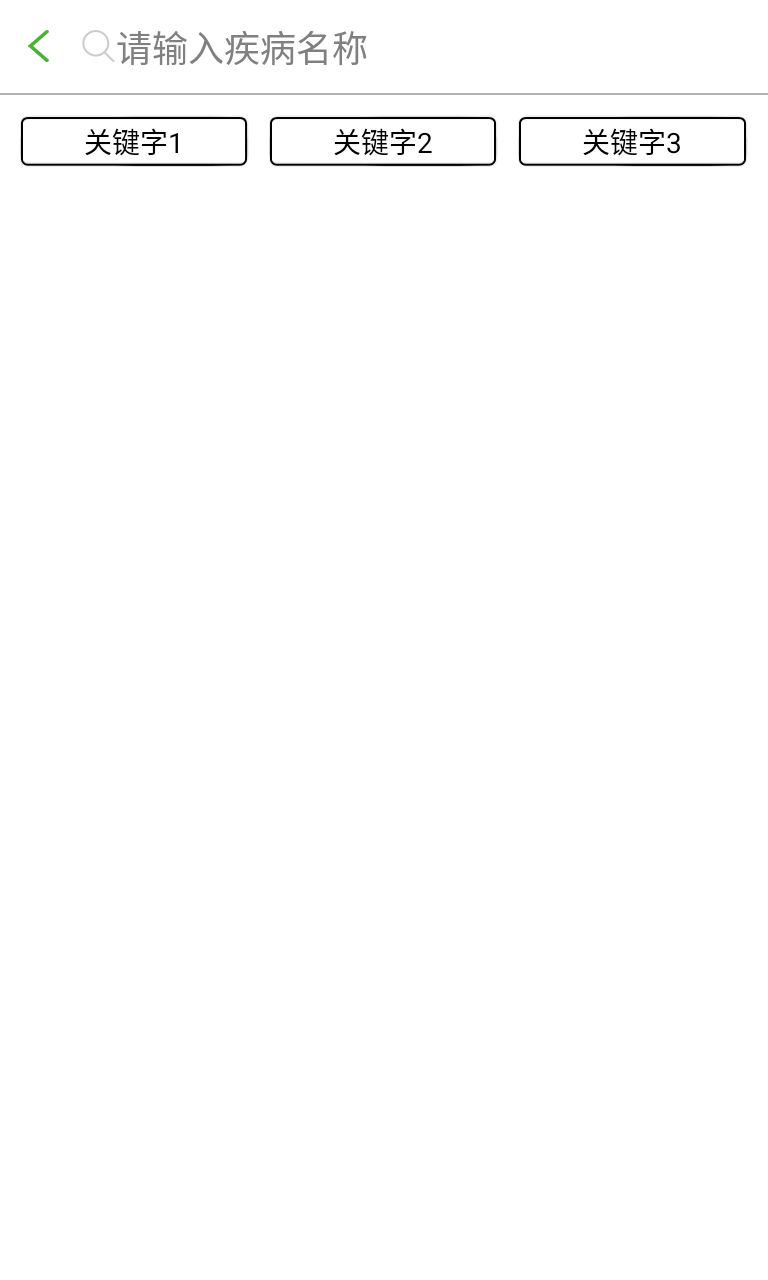
Repository: hjhlove110/XYApp
Layout: XYApp/res/layout/serache_view.xml
The author's editor kept a copy of each file at every save. The layout is drawn from the files as they stood at one save, then again after the next save.
It is drawn on a 768 x 1280 px phone screen (xhdpi) without system bars, with theme Translucent; the app's code is not run.

Above is the layout before, as saved 2015-09-23 05:42:20.

After the next save:
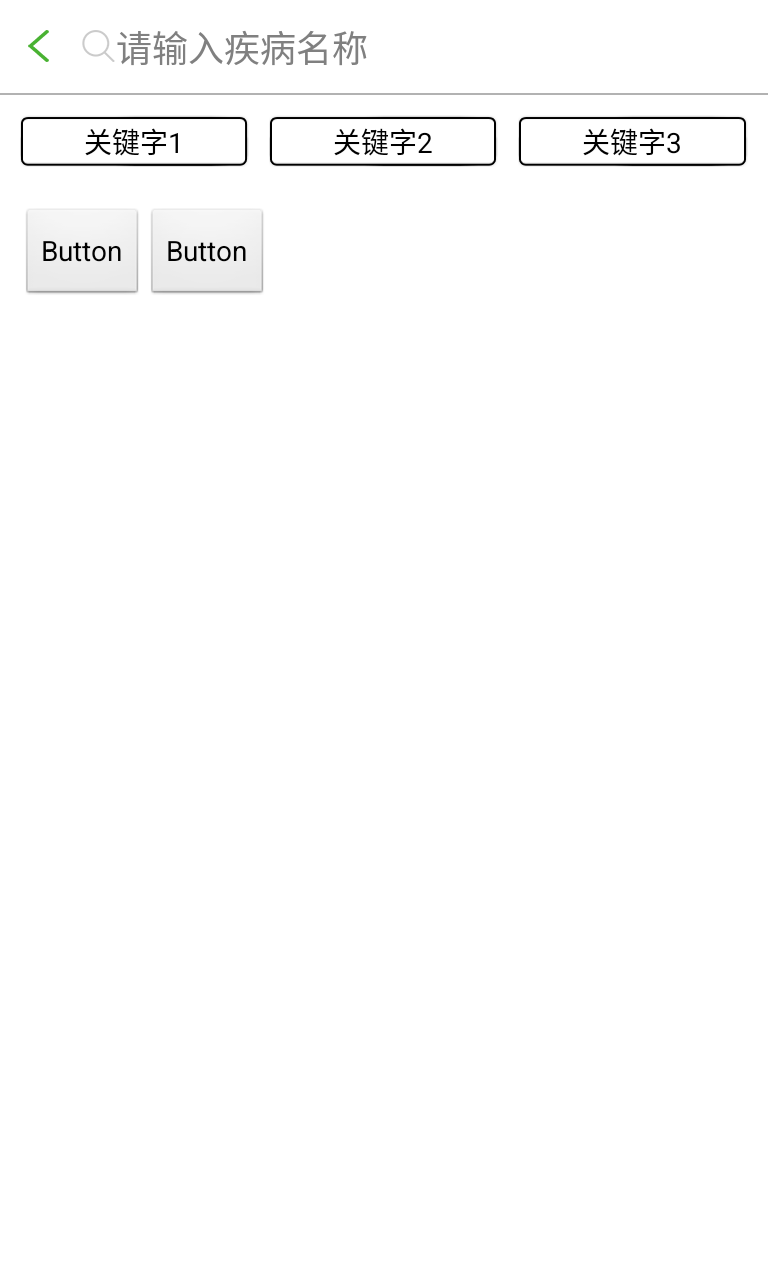
Saved 96 s later.
--- a/XYApp/res/layout/serache_view.xml
+++ b/XYApp/res/layout/serache_view.xml
@@ -68,4 +68,23 @@
             android:text="关键字3" />
     </LinearLayout>
 
+    <LinearLayout
+        android:layout_width="match_parent"
+        android:layout_height="wrap_content"
+        android:layout_margin="10dp"
+        android:orientation="horizontal" >
+
+        <Button
+            android:id="@+id/btnMsg4"
+            android:layout_width="wrap_content"
+            android:layout_height="wrap_content"
+            android:text="Button" />
+
+        <Button
+            android:id="@+id/btnMsg5"
+            android:layout_width="wrap_content"
+            android:layout_height="wrap_content"
+            android:text="Button" />
+    </LinearLayout>
+
 </LinearLayout>
